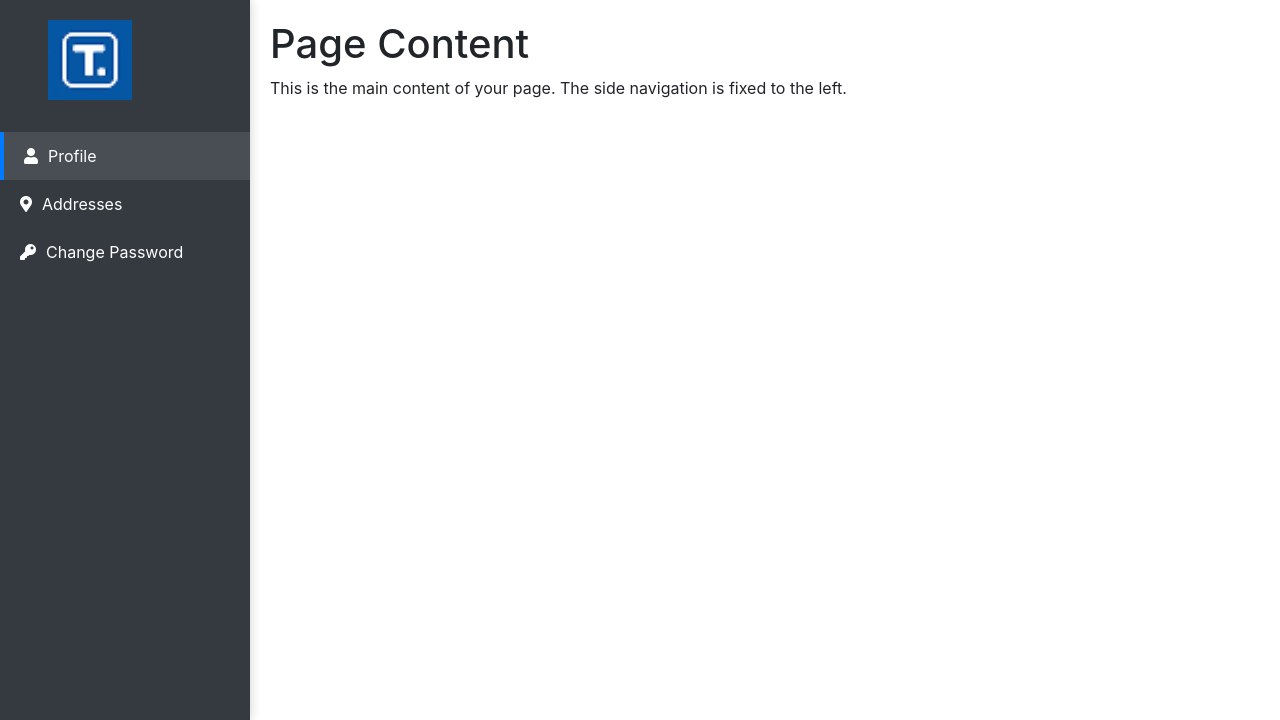
Repository: Darkrepo23/Ecommerce-Manalastas-project
Page: profile-settings.html
The author's editor kept a copy of each file at every save. The page is drawn from the files as they stood at one save, then again after the next save.
The browser window is 1280 px wide. The pictures show the whole page.
Some web libraries are served in a nearby version.

Above is the page before, as saved 2026-01-04 08:50:25.

After the next save:
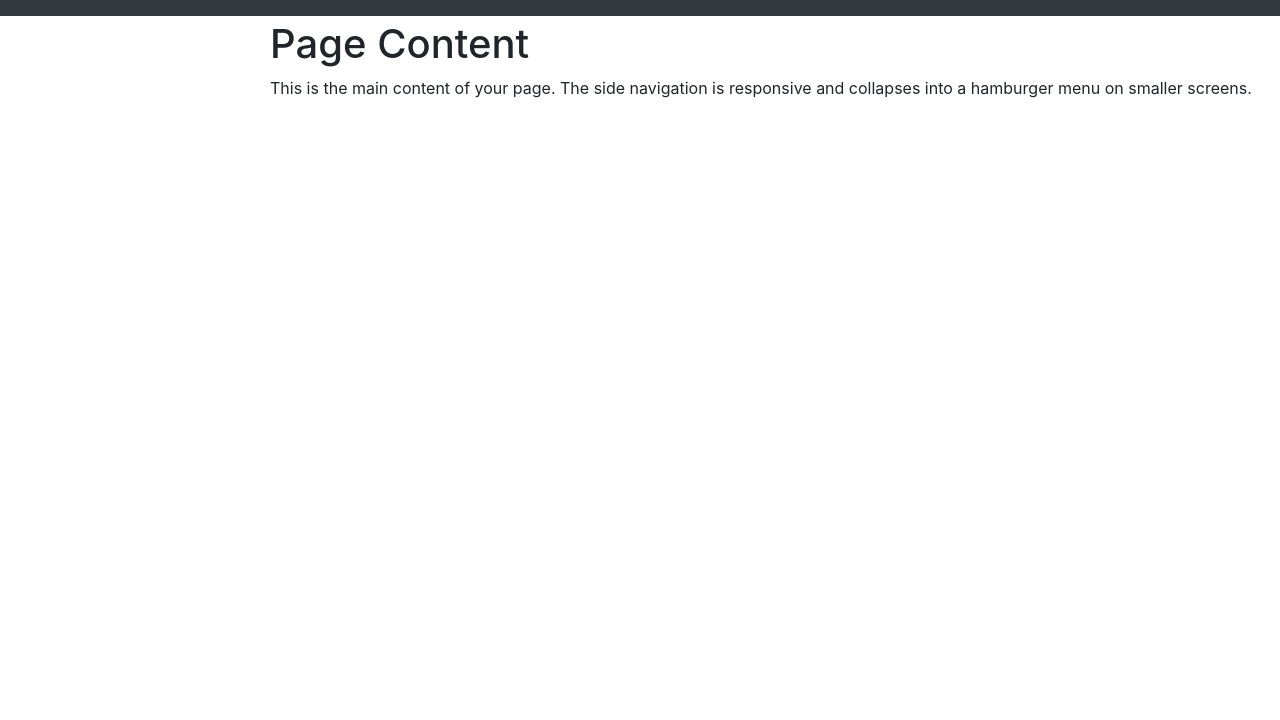
Saved 73 s later.
--- a/profile-settings.html
+++ b/profile-settings.html
@@ -3,7 +3,7 @@
  <head>
   <meta charset="UTF-8">
   <meta name="viewport" content="width=device-width, initial-scale=1.0">
-  <title>Beautiful Bootstrap Side Navigation</title>
+  <title>Responsive Bootstrap Side Navigation</title>
   <!-- Bootstrap CSS -->
   <link rel="stylesheet" href="https://stackpath.bootstrapcdn.com/bootstrap/4.5.2/css/bootstrap.min.css">
   <!-- Font Awesome CSS (for icons) -->
@@ -18,11 +18,20 @@
   left: 0;
   background-color: #343a40; /* Dark background */
   color: white; /* White text */
-  padding-top: 20px;
+  padding-top: 0; /* Remove padding from the top */
   box-shadow: 0 0 10px rgba(0, 0, 0, 0.2); /* Add shadow */
+  transition: margin-left 0.3s ease; /* Smooth transition for collapse */
   }
 
-  .sidebar a {
+  .sidebar .navbar-brand {
+  padding: 1rem;
+  }
+
+  .sidebar .navbar-brand img {
+  height: 5rem;
+  }
+
+  .sidebar .nav-link {
   padding: 12px 20px;
   text-decoration: none;
   font-size: 16px;
@@ -31,7 +40,7 @@
   transition: background-color 0.3s ease; /* Smooth transition */
   }
 
-  .sidebar a:hover {
+  .sidebar .nav-link:hover {
   background-color: rgba(255, 255, 255, 0.1); /* Lighter background on hover */
   }
 
@@ -43,6 +52,7 @@
   .content {
   margin-left: 250px; /* Same as sidebar width */
   padding: 20px;
+  transition: margin-left 0.3s ease; /* Smooth transition for collapse */
   }
 
   /* Add a top border to the active link */
@@ -50,27 +60,66 @@
   border-left: 4px solid #007bff; /* Blue active indicator */
   background-color: rgba(255, 255, 255, 0.1); /* Slightly lighter background */
   }
+
+  /* Collapsed sidebar styles */
+  @media (max-width: 767.98px) {
+  .sidebar {
+  margin-left: -250px; /* Hide the sidebar */
+  }
+
+  .content {
+  margin-left: 0; /* Remove the margin from the content */
+  }
+
+  .sidebar.show {
+  margin-left: 0; /* Show the sidebar */
+  }
+  }
   </style>
  </head>
  <body>
 
   <!-- Side Navigation -->
-  <div class="sidebar">
-  <img src="img/logo.png" class="" alt="" style="height: 5rem; margin-left: 3rem; margin-bottom: 2rem;">
-  <a href="#" class="active"><i class="fas fa-user"></i>Profile</a>
-  <a href="#"><i class="fas fa-map-marker-alt"></i>Addresses</a>
-  <a href="#"><i class="fas fa-key"></i>Change Password</a>
+  <nav class="navbar navbar-expand-md navbar-dark bg-dark fixed-top">
+  <button class="navbar-toggler" type="button" data-toggle="collapse" data-target="#navbarNav" aria-controls="navbarNav" aria-expanded="false" aria-label="Toggle navigation">
+  <span class="navbar-toggler-icon"></span>
+  </button>
+  </nav>
+
+  <div class="sidebar collapse navbar-collapse" id="navbarNav">
+  <a class="navbar-brand" href="#">
+  <img src="img/logo.png" class="" alt="">
+  </a>
+  <ul class="navbar-nav">
+  <li class="nav-item">
+  <a class="nav-link active" href="#"><i class="fas fa-user"></i>Profile</a>
+  </li>
+  <li class="nav-item">
+  <a class="nav-link" href="#"><i class="fas fa-map-marker-alt"></i>Addresses</a>
+  </li>
+  <li class="nav-item">
+  <a class="nav-link" href="#"><i class="fas fa-key"></i>Change Password</a>
+  </li>
+  </ul>
   </div>
 
   <!-- Page Content -->
   <div class="content">
   <h1>Page Content</h1>
-  <p>This is the main content of your page. The side navigation is fixed to the left.</p>
+  <p>This is the main content of your page. The side navigation is responsive and collapses into a hamburger menu on smaller screens.</p>
   </div>
 
-  <!-- Bootstrap JS and Popper.js (optional, but might be needed for other components) -->
+  <!-- Bootstrap JS and Popper.js (required for dropdowns) -->
   <script src="https://code.jquery.com/jquery-3.5.1.slim.min.js"></script>
   <script src="https://cdn.jsdelivr.net/npm/@popperjs/core@2.5.3/dist/umd/popper.min.js"></script>
   <script src="https://stackpath.bootstrapcdn.com/bootstrap/4.5.2/js/bootstrap.min.js"></script>
+
+  <script>
+  $(document).ready(function() {
+  $('.navbar-toggler').on('click', function() {
+  $('.sidebar').toggleClass('show');
+  });
+  });
+  </script>
  </body>
  </html>
